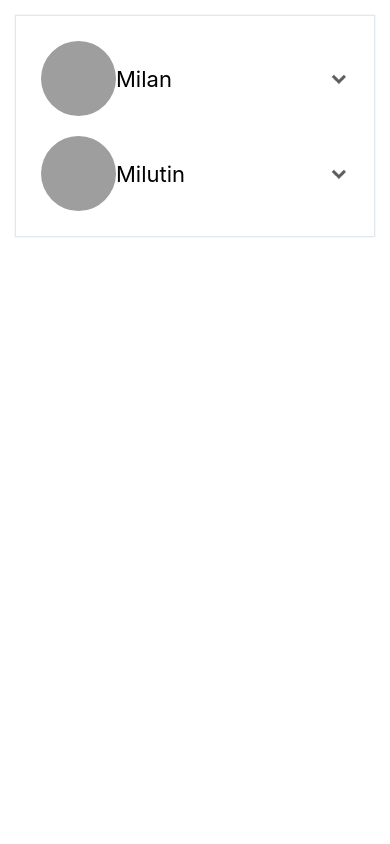
Repository: likanbl/intern-feature
Screen: /
These files come from the project's save history. The screen is drawn as it stood at one moment and after the next save; the edit follows.
Pictures or frames that could not be fetched are drawn as grey boxes. The app was drawn by React Native's web renderer in a window 390 px wide. The project was rebuilt for these pictures with package versions that can differ from the ones it lists, and the page was loaded fresh each time.

Above is the screen before, as saved 2019-09-11 15:03:24.

### App.js
/**
 * Sample React Native App
 * https://github.com/facebook/react-native
 *
 * @format
 * @flow
 */

import React, {Component} from 'react';

import Home from './src/components/home/Home';

export default class App extends Component {
  render() {
    return <Home></Home>;
  }
}

### src/components/home/Home.js
import React, {Component} from 'react';
import {View, FlatList, Text, StyleSheet} from 'react-native';
import {Card} from 'react-native-elements';
import {HomeItem} from './HomeItem';

const data = [
  {title: 'Milan', description: 'Description'},
  {title: 'Milutin', description: 'Description '},
];
export default class Home extends Component {
  renderItem = ({item}) => <HomeItem item={item} />;

  render() {
    return (
      <Card>
        <View style={StyleSheet.container}>
          <FlatList
            data={data}
            renderItem={this.renderItem}
            keyExtractor={(index, _) => index + ''}
          />
        </View>
      </Card>
    );
  }
}

const styles = StyleSheet.create({
  container: {
    flex: 1,
    backgroundColor: 'white',
    paddingTop: 50,
  },
});

### src/components/home/HomeItem.js
import React, {Component} from 'react';
import {
  View,
  Text,
  Image,
  TouchableWithoutFeedback,
  StyleSheet,
} from 'react-native';
import PropTypes from 'prop-types';
import {images} from '../../assets/images';
import {Avatar} from 'react-native-elements';

const propTypes = {
  item: PropTypes.object,
};

class HomeItem extends Component {
  state = {
    isSelected: false,
  };

  onPress = () => {
    this.setState((prevState, prevProps) => ({
      isSelected: !prevState.isSelected,
    }));
  };

  renderDetails = () => (
    <View style={styles.titleContainer}>
      <Text style={styles.description}>{this.props.item.description}</Text>
    </View>
  );

  render() {
    const {isSelected} = this.state;
    return (
      <View style={styles.container}>
        <TouchableWithoutFeedback onPress={this.onPress}>
          <View style={styles.titleContainer}>
            <Avatar
              size="large"
              rounded
              source={{
                uri:
                  'https://s3.amazonaws.com/uifaces/faces/twitter/ladylexy/128.jpg',
              }}
            />
            <Text style={styles.title}>{this.props.item.title}</Text>
            <Image
              source={isSelected ? images.close : images.expand}
              style={styles.image}
            />
          </View>
        </TouchableWithoutFeedback>
        {isSelected && this.renderDetails()}
      </View>
    );
  }
}
HomeItem.propTypes = propTypes;

const styles = StyleSheet.create({
  container: {
    flex: 1,
    flexDirection: 'column',
    margin: 10,
  },
  titleContainer: {
    flexDirection: 'row',
    justifyContent: 'space-around',
    alignItems: 'center',
  },
  title: {
    flex: 1,
    fontSize: 22,
  },
  description: {
    flex: 1,
    fontSize: 22,
    color: 'gray',
    paddingTop: 10,
  },
  image: {
    width: 20,
    height: 20,
  },
});

export {HomeItem};

### src/assets/images.js
export const images = {
  expand: require('../../resources/expand.png'),
  close: require('../../resources/close.png'),
};

After the next save:
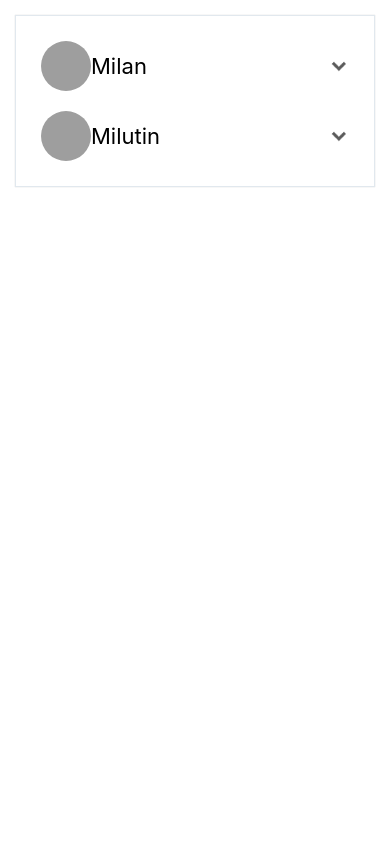
Saved 26 s later.
--- a/src/components/home/HomeItem.js
+++ b/src/components/home/HomeItem.js
@@ -38,7 +38,7 @@ class HomeItem extends Component {
         <TouchableWithoutFeedback onPress={this.onPress}>
           <View style={styles.titleContainer}>
             <Avatar
-              size="large"
+              size="medium"
               rounded
               source={{
                 uri:
